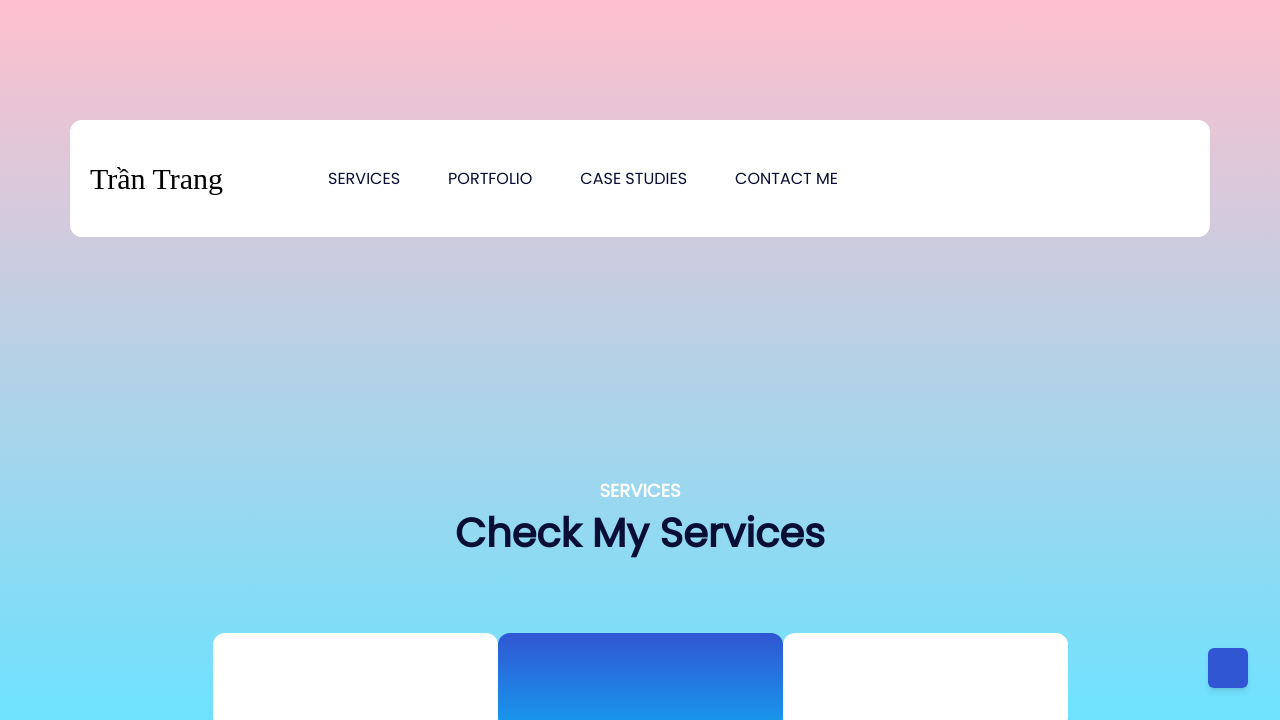
Repository: trantrang2101/CV
Page: index.html
An editor plug-in stored every save of this project. The page is shown before and after the next save, followed by the edit.
The browser window is 1280 px wide. The pictures show the whole page.
An inner scrolling area shows only its first screen. Some web fonts or font styles are not loaded; a fallback is used.

Above is the page before, as saved 2022-07-13 19:25:55.
Console error: TypeError: Cannot read properties of null (reading 'offsetTop')

### index.html
<!DOCTYPE html>
<html lang="en" class="scroll-smooth">

<head>
    <meta charset="UTF-8" />
    <meta http-equiv="X-UA-Compatible" content="IE=edge" />
    <meta name="viewport" content="width=device-width, initial-scale=1.0" />
    <title>
        Play | Free Tailwind CSS Template for Startup and SaaS By TailGrids
    </title>
    <link rel="shortcut icon" href="assets/images/favicon.png" type="image/x-icon" />
    <link rel="stylesheet" href="assets/css/animate.css" />
    <link rel="stylesheet" href="assets/css/tailwind.css" />
    <link rel="stylesheet" href="assets/css/style.css" />

    <script src="assets/js/wow.min.js"></script>
    <script>
        new WOW().init();
    </script>
</head>

<body>
    <section id="home" class="pt-20 lg:pt-[120px] pb-20 lg:pb-[120px]">
        <div class="container">
            <div class="bg-white shadow-xl shadow-dark dark:shadow-xl dark:shadow-light wow fadeInUp rounded-xl"
                data-wow-delay=".2s" style="visibility: visible; animation-delay: 0.2s">
                <div class="flex -mx-4 px-5 items-center justify-between relative">
                    <div class="w-60 max-w-full">
                        <a href="#home" class="navbar-logo w-full block py-5">
                            <h1 class="font-script p-4">Trần Trang</h1>
                        </a>
                    </div>
                    <div class="flex justify-between items-center w-full">
                        <div>
                            <button id="navbarToggler"
                                class="block absolute mx-4 right-4 top-1/2 -translate-y-1/2 lg:hidden focus:ring-2 ring-primary px-3 py-[6px] rounded-lg">
                                <span class="relative w-[30px] h-[2px] my-[6px] block bg-dark"></span>
                                <span class="relative w-[30px] h-[2px] my-[6px] block bg-dark"></span>
                                <span class="relative w-[30px] h-[2px] my-[6px] block bg-dark"></span>
                            </button>
                            <nav id="navbarCollapse"
                                class="absolute py-5 lg:py-0 lg:px-4 xl:px-6 bg-white lg:bg-transparent shadow-lg rounded-lg max-w-[250px] w-full lg:max-w-full lg:w-full right-4 top-full hidden lg:block lg:static lg:shadow-none">
                                <ul class="blcok lg:flex">
                                    <li class="relative group">
                                        <a href="#services"
                                            class="ud-menu-scroll text-base text-dark lg:group-hover:opacity-70 lg:group-hover:text-dark group-hover:text-primary py-2 lg:py-6 lg:inline-flex lg:px-0 flex mx-8 lg:mr-0">
                                            SERVICES
                                        </a>
                                    </li>
                                    <li class="relative group">
                                        <a href="#portfolio"
                                            class="ud-menu-scroll text-base text-dark lg:text-dark lg:group-hover:opacity-70 lg:group-hover:text-dark group-hover:text-primary py-2 lg:py-6 lg:inline-flex lg:px-0 flex mx-8 lg:mr-0 lg:ml-7 xl:ml-12">
                                            PORTFOLIO
                                        </a>
                                    </li>
                                    <li class="relative group">
                                        <a href="#case"
                                            class="ud-menu-scroll text-base text-dark lg:text-dark lg:group-hover:opacity-70 lg:group-hover:text-dark group-hover:text-primary py-2 lg:py-6 lg:inline-flex lg:px-0 flex mx-8 lg:mr-0 lg:ml-7 xl:ml-12">
                                            CASE STUDIES
                                        </a>
                                    </li>
                                    <li class="relative group">
                                        <a href="#contact"
                                            class="ud-menu-scroll text-base text-dark lg:text-dark lg:group-hover:opacity-70 lg:group-hover:text-dark group-hover:text-primary py-2 lg:py-6 lg:inline-flex lg:px-0 flex mx-8 lg:mr-0 lg:ml-7 xl:ml-12">
                                            CONTACT ME
                                        </a>
                                    </li>
                                </ul>
                            </nav>
                        </div>
                    </div>
                </div>
            </div>
        </div>
    </section>
    <section id="services" class="pt-20 lg:pt-[120px] pb-12 lg:pb-[90px] relative z-20 overflow-hidden">
        <div class="container">
            <div class="flex flex-wrap -mx-4">
                <div class="w-full px-4">
                    <div class="text-center mx-auto mb-[60px] lg:mb-20 max-w-[620px]">
                        <span class="font-semibold text-lg text-white mb-2 block">
                            SERVICES
                        </span>
                        <h2 class="font-bold text-3xl sm:text-4xl md:text-[40px] text-dark mb-4">
                            Check My Services
                        </h2>
                    </div>
                </div>
            </div>

            <div class="flex flex-wrap items-center justify-center">
                <div class="w-full md:w-1/3 lg:w-1/4">
                    <div class="bg-white rounded-xl relative z-10 overflow-hidden border border-primary border-opacity-20 shadow-pricing py-10 px-8 sm:p-12 lg:py-10 lg:px-6 xl:p-12 mb-10 text-center wow fadeInUp"
                        data-wow-delay=".15s" style="visibility: visible; animation-delay: 0.15s">

                    </div>
                </div>
                <div class="w-full md:w-1/3 lg:w-1/4">
                    <div class="bg-primary bg-gradient-to-b from-primary to-[#179BEE] rounded-xl relative z-10 overflow-hidden shadow-pricing py-10 px-8 sm:p-12 lg:py-10 lg:px-6 xl:p-12 mb-10 text-center wow fadeInUp"
                        data-wow-delay=".1s" style="visibility: visible; animation-delay: 0.1s">

                    </div>
                </div>
                <div class="w-full md:w-1/3 lg:w-1/4">
                    <div class="bg-white rounded-xl relative z-10 overflow-hidden border border-primary border-opacity-20 shadow-pricing py-10 px-8 sm:p-12 lg:py-10 lg:px-6 xl:p-12 mb-10 text-center wow fadeInUp"
                        data-wow-delay=".15s" style="visibility: visible; animation-delay: 0.15s">

                    </div>
                </div>
            </div>
        </div>
    </section>
    <a href="javascript:void(0)"
        class="hidden items-center justify-center bg-primary text-white w-10 h-10 rounded-md fixed bottom-8 right-8 left-auto z-[999] hover:bg-dark back-to-top shadow-md transition duration-300 ease-in-out"
        style="display: flex">
        <span class="w-3 h-3 border-t border-l border-white rotate-45 mt-[6px]"></span>
    </a>
    <script src="assets/js/main.js"></script>
    <script>
        const pageLink = document.querySelectorAll(".ud-menu-scroll");
        pageLink.forEach((elem) => {
            elem.addEventListener("click", (e) => {
                e.preventDefault();
                document.querySelector(elem.getAttribute("href")).scrollIntoView({
                    behavior: "smooth",
                    offsetTop: 1 - 60,
                });
            });
        });

        // section menu active
        function onScroll(event) {
            const sections = document.querySelectorAll(".ud-menu-scroll");
            const scrollPos =
                window.pageYOffset ||
                document.documentElement.scrollTop ||
                document.body.scrollTop;

            for (let i = 0; i < sections.length; i++) {
                const currLink = sections[i];
                const val = currLink.getAttribute("href");
                const refElement = document.querySelector(val);
                const scrollTopMinus = scrollPos + 73;
                if (
                    refElement.offsetTop <= scrollTopMinus &&
                    refElement.offsetTop + refElement.offsetHeight > scrollTopMinus
                ) {
                    document
                        .querySelector(".ud-menu-scroll")
                        .classList.remove("active");
                    currLink.classList.add("active");
                } else {
                    currLink.classList.remove("active");
                }
            }
        }

        window.document.addEventListener("scroll", onScroll);
    </script>
</body>

</html>

### assets/css/style.css
html,
body {
  width: 100%;
  height: 100%;
}
html,
body {
  width: 100%;
  height: 100%;
  overflow: auto;
  background: linear-gradient(180deg, #ffc0ce 0%, #6de2fe 100%);
  background-repeat: no-repeat;
  background-position: center top;
  background-size: contain;
}
.font-script {
  font-family: "Imperial Script" !important;
}
h1.font-script {
  font-size: 30px;
}

### assets/js/main.js
(function () {
  "use strict";

  // ======= Sticky
  window.onscroll = function () {
    const ud_header = document.querySelector(".ud-header");
    const sticky = ud_header.offsetTop;
    const logo = document.querySelector(".header-logo");

    if (window.pageYOffset > sticky) {
      ud_header.classList.add("sticky");
    } else {
      ud_header.classList.remove("sticky");
    }

    // === logo change
    if (ud_header.classList.contains("sticky")) {
      logo.src = "assets/images/logo/logo.svg";
    } else {
      logo.src = "assets/images/logo/logo-white.svg";
    }

    // show or hide the back-top-top button
    const backToTop = document.querySelector(".back-to-top");
    if (
      document.body.scrollTop > 50 ||
      document.documentElement.scrollTop > 50
    ) {
      backToTop.style.display = "flex";
    } else {
      backToTop.style.display = "none";
    }
  };

  // ===== responsive navbar
  let navbarToggler = document.querySelector("#navbarToggler");
  const navbarCollapse = document.querySelector("#navbarCollapse");

  navbarToggler.addEventListener("click", () => {
    navbarToggler.classList.toggle("navbarTogglerActive");
    navbarCollapse.classList.toggle("hidden");
  });

  //===== close navbar-collapse when a  clicked
  document
    .querySelectorAll("#navbarCollapse ul li:not(.submenu-item) a")
    .forEach((e) =>
      e.addEventListener("click", () => {
        navbarToggler.classList.remove("navbarTogglerActive");
        navbarCollapse.classList.add("hidden");
      })
    );

  // ===== Sub-menu
  const submenuItems = document.querySelectorAll(".submenu-item");
  submenuItems.forEach((el) => {
    el.querySelector("a").addEventListener("click", () => {
      el.querySelector(".submenu").classList.toggle("hidden");
    });
  });

  // ===== Faq accordion
  const faqs = document.querySelectorAll(".single-faq");
  faqs.forEach((el) => {
    el.querySelector(".faq-btn").addEventListener("click", () => {
      el.querySelector(".icon").classList.toggle("rotate-180");
      el.querySelector(".faq-content").classList.toggle("hidden");
    });
  });

  // ===== wow js
  new WOW().init();

  // ====== scroll top js
  function scrollTo(element, to = 0, duration = 500) {
    const start = element.scrollTop;
    const change = to - start;
    const increment = 20;
    let currentTime = 0;

    const animateScroll = () => {
      currentTime += increment;

      const val = Math.easeInOutQuad(currentTime, start, change, duration);

      element.scrollTop = val;

      if (currentTime < duration) {
        setTimeout(animateScroll, increment);
      }
    };

    animateScroll();
  }

  Math.easeInOutQuad = function (t, b, c, d) {
    t /= d / 2;
    if (t < 1) return (c / 2) * t * t + b;
    t--;
    return (-c / 2) * (t * (t - 2) - 1) + b;
  };

  document.querySelector(".back-to-top").onclick = () => {
    scrollTo(document.documentElement);
  };
})();

Loaded but not shown: assets/css/animate.css (library); assets/css/tailwind.css (library); assets/js/wow.min.js (library)

After the next save:
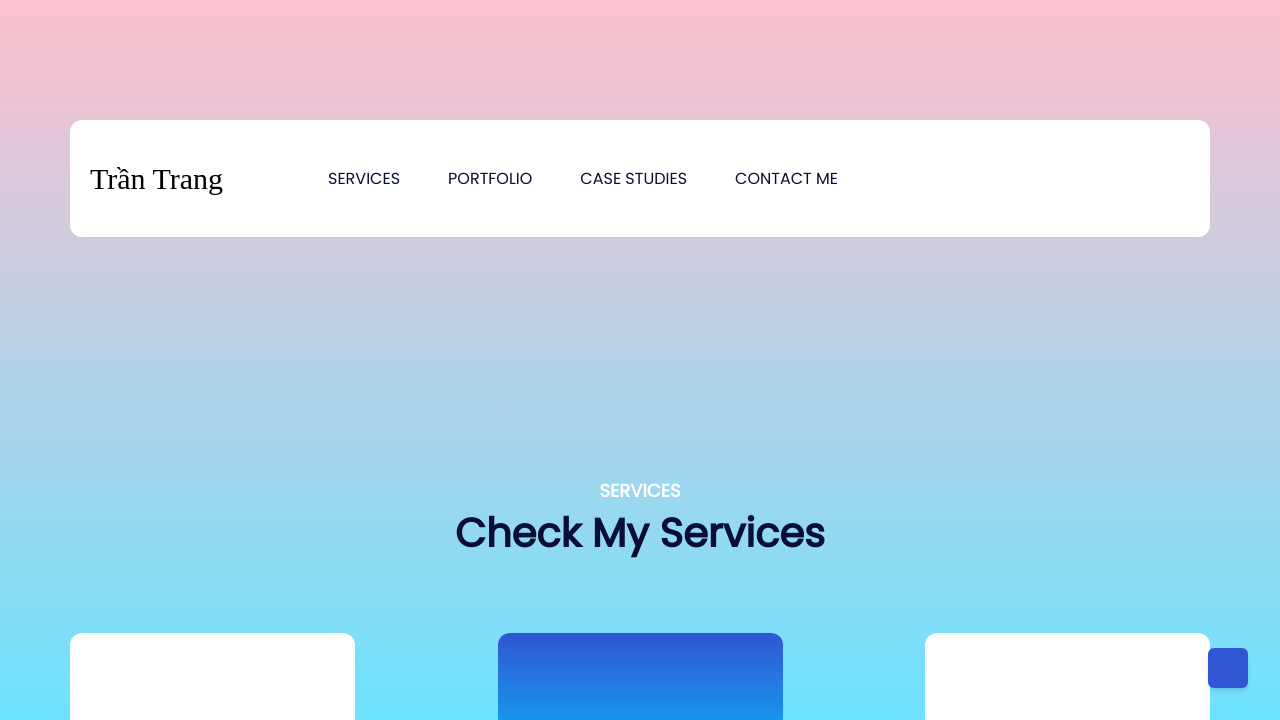
Saved 4 s later.
--- a/index.html
+++ b/index.html
@@ -88,7 +88,7 @@
                 </div>
             </div>
 
-            <div class="flex flex-wrap items-center justify-center">
+            <div class="flex flex-wrap items-center justify-between">
                 <div class="w-full md:w-1/3 lg:w-1/4">
                     <div class="bg-white rounded-xl relative z-10 overflow-hidden border border-primary border-opacity-20 shadow-pricing py-10 px-8 sm:p-12 lg:py-10 lg:px-6 xl:p-12 mb-10 text-center wow fadeInUp"
                         data-wow-delay=".15s" style="visibility: visible; animation-delay: 0.15s">
